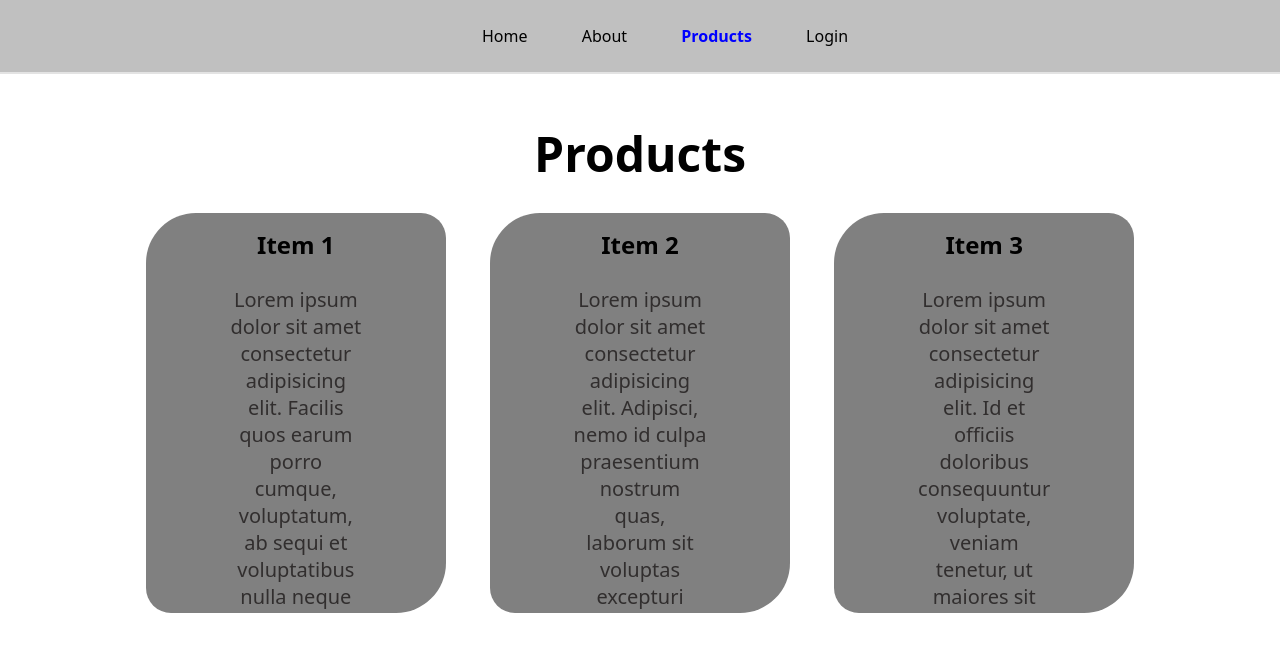
Repository: Yeyolive/WebDev_Collab_2025
Page: Basic_Projects/Basic-Website/products.html
These files come from the project's save history. The page is drawn as it stood at one moment and after the next save; the edit follows.
The browser window is 1280 px wide. The pictures show the whole page.

Above is the page before, as saved 2025-11-02 22:56:56.

After the next save:
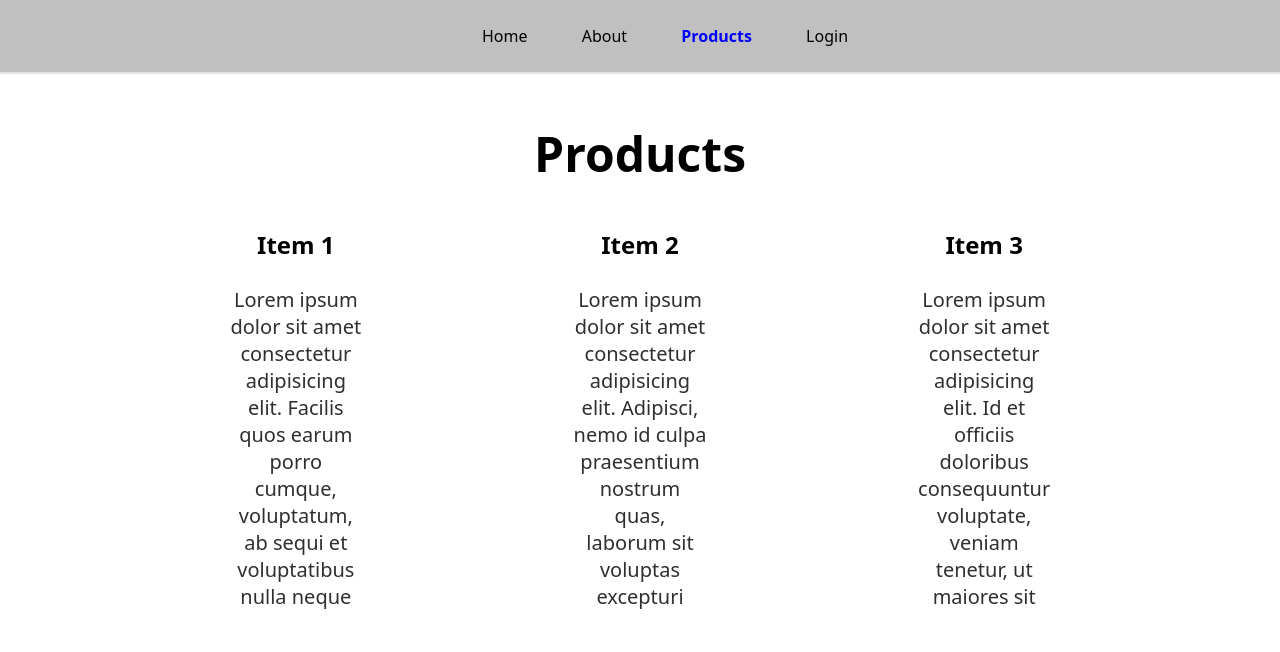
Saved 55 s later.
--- a/Basic_Projects/Basic-Website/styles.css
+++ b/Basic_Projects/Basic-Website/styles.css
@@ -94,7 +94,6 @@ span {
 
 .item {
   box-sizing: border-box;
-  background-color: grey;
   width: 300px;
   max-height: 400px;
   overflow-y: scroll;
@@ -111,3 +110,7 @@ span {
 .item > h2 {
   margin-bottom: 15px;
 }
+
+.item:first-child {
+  border: 1px;
+}
